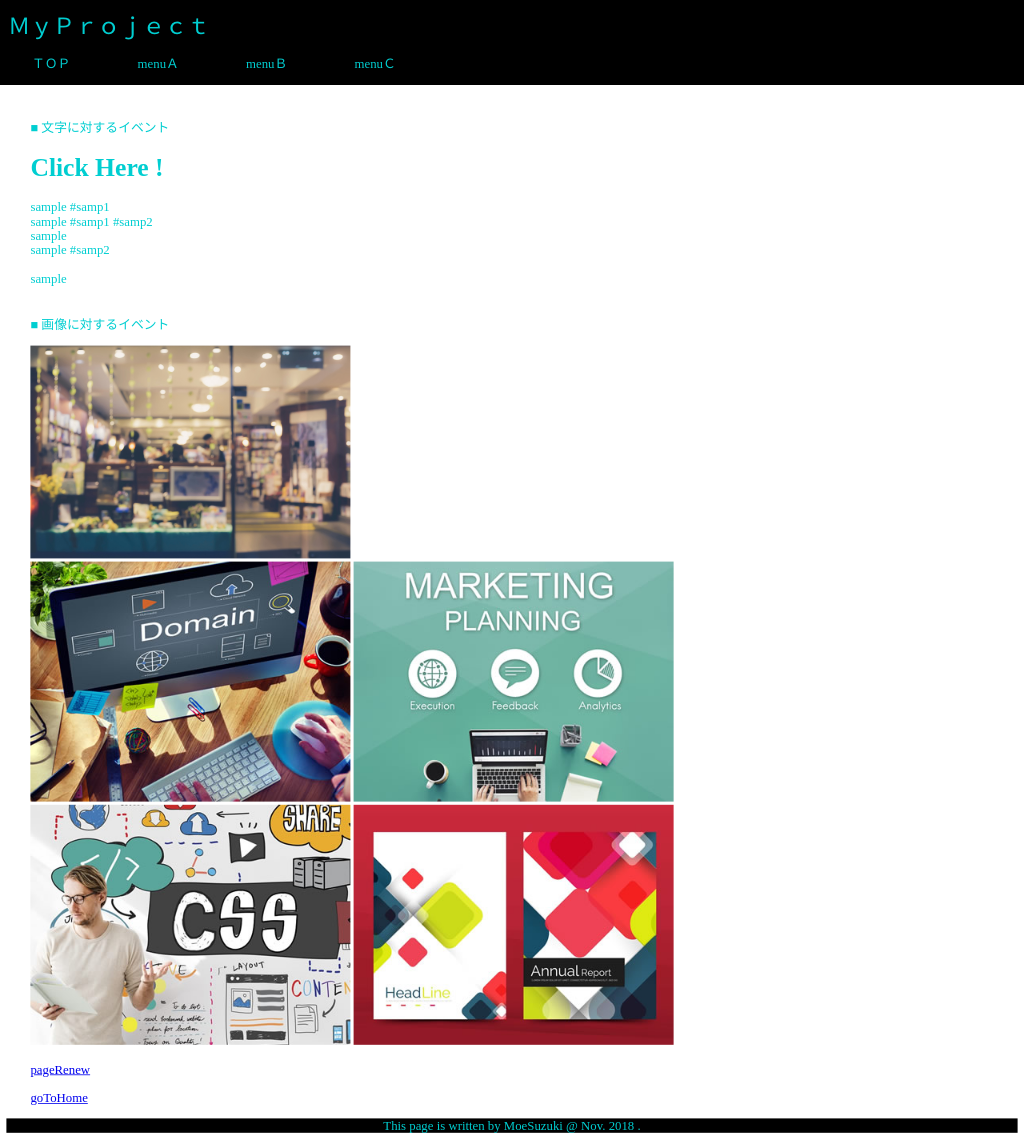
Repository: user10112018/test
Page: http://localhost/MyProject/jquery.jsp
These files come from the project's save history. The page is drawn as it stood at one moment and after the next save; the edit follows.
The browser window is 1280 px wide. The pictures show the whole page, at 80% of full size.
The page is served by Tomcat 9.

Above is the page before, as saved 2018-11-20 07:32:01.

After the next save:
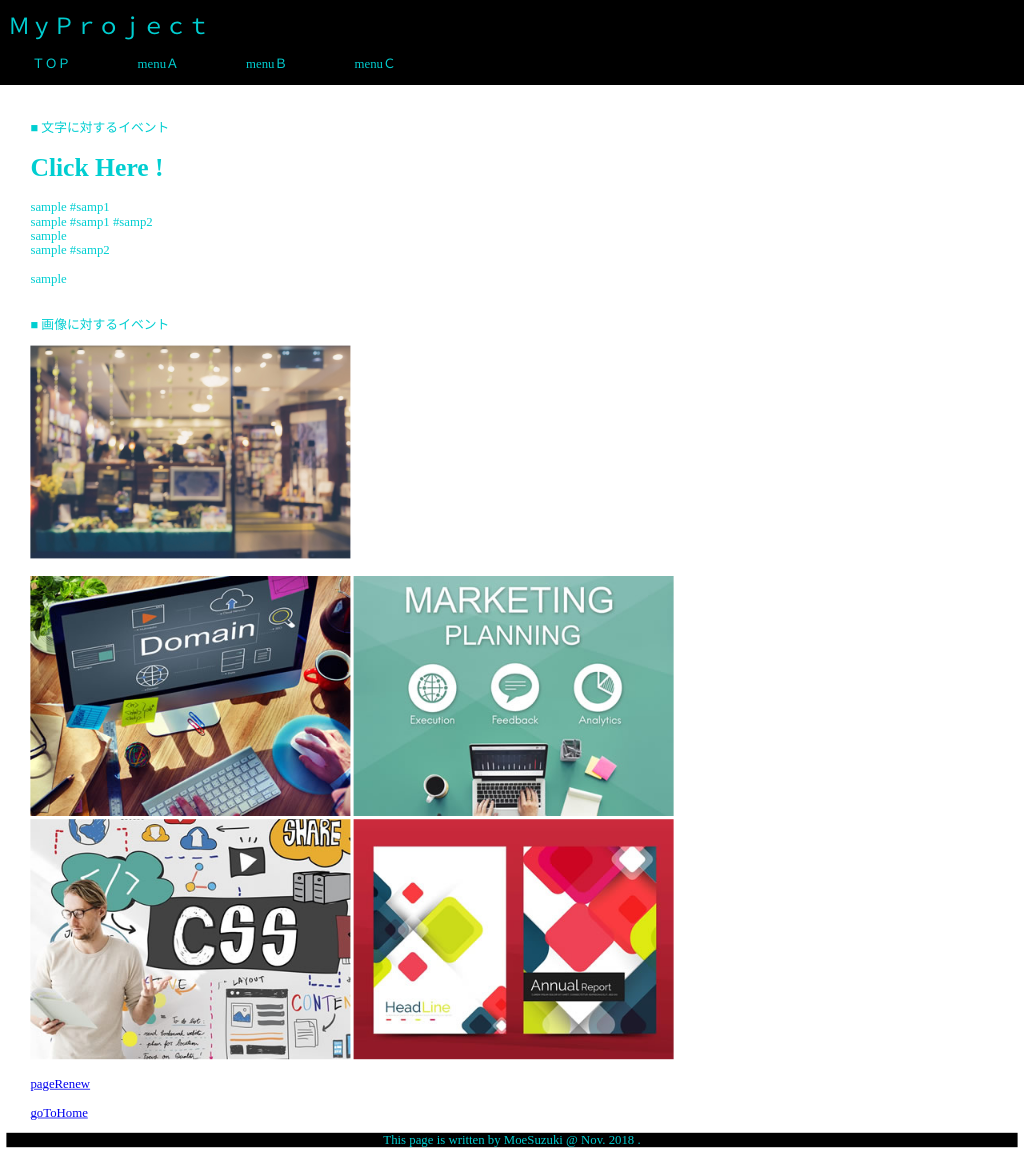
Saved 25 s later.
--- a/MyProject/WebContent/jquery.jsp
+++ b/MyProject/WebContent/jquery.jsp
@@ -86,14 +86,18 @@ sample
 
 <div class="img">
 
+<div class="click_img">
 <img src="./img/bookstore.jpg" width="400px">
 <!-- width=400px で下4枚と同じサイズ -->
+</div>
 <br>
 
+<div class="4imgs">
 <img src="./img/pic1.jpg">
 <img src="./img/pic4.jpg">
 <img src="./img/pic6.jpg">
 <img src="./img/pic8.jpg">
+</div>
 
 </div>
 
